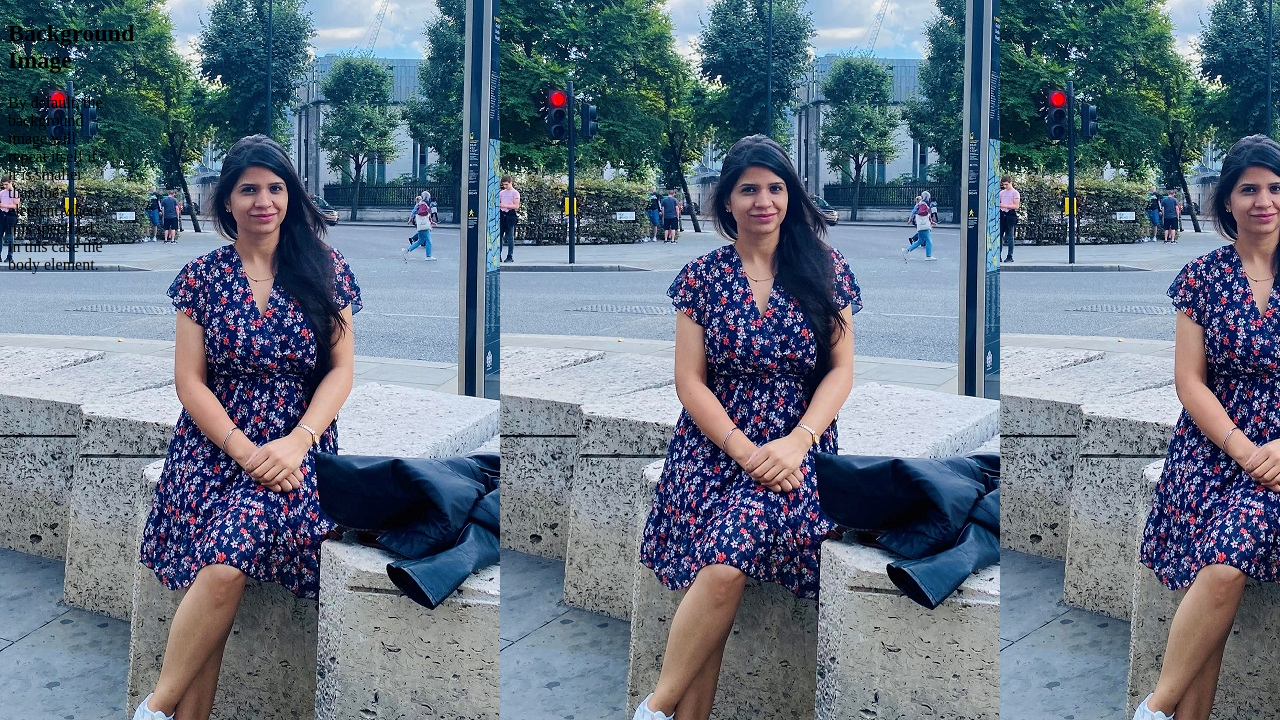
Repository: priyanka-bishnoi/PortfolioPage
Page: MyPage.html
An editor plug-in stored every save of this project. The page is shown before and after the next save, followed by the edit.
The browser window is 1280 px wide. The pictures show the whole page.

Above is the page before, as saved 2022-10-06 23:43:16.

### MyPage.html
<!DOCTYPE html>
<html>
<head>
<style>
body {
  background-image: url('Background.jpg');
  height: 100px;
  width:100px;
}
</style>
</head>
<body>

<h2>Background Image</h2>

<p>By default, the background image will repeat itself if it is smaller than the element where it is specified, in this case the body element.</p>

</body>
</html>

After the next save:
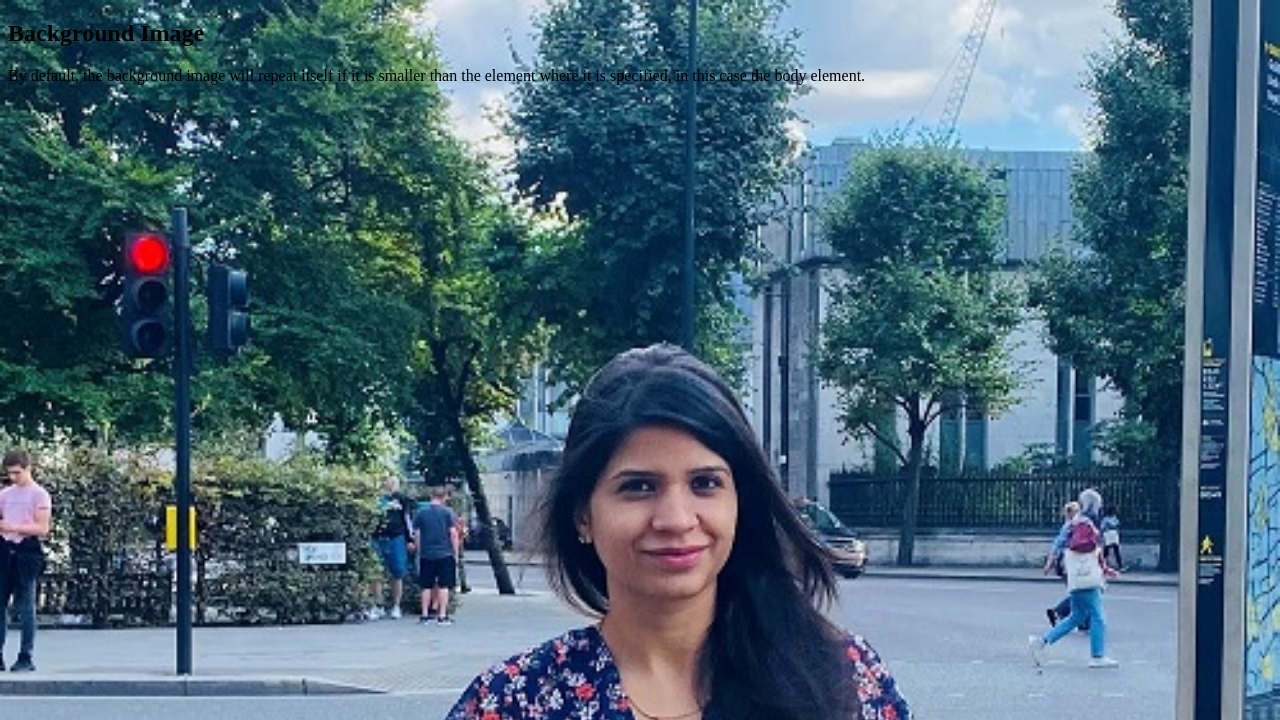
Saved 2 min 9 s later.
--- a/MyPage.html
+++ b/MyPage.html
@@ -4,8 +4,7 @@
 <style>
 body {
   background-image: url('Background.jpg');
-  height: 100px;
-  width:100px;
+  background-size: cover;
 }
 </style>
 </head>
